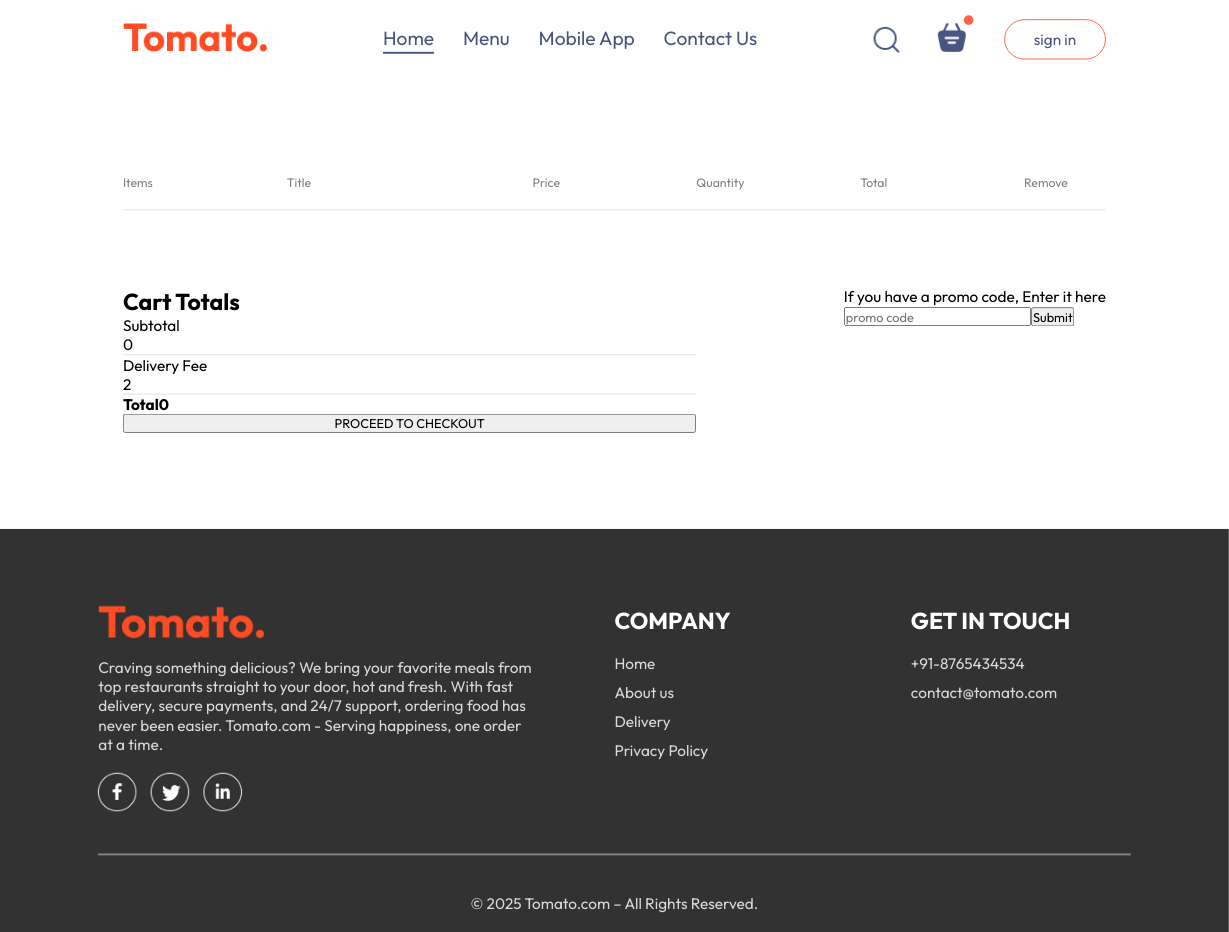
Repository: esakkiraj8104/FOOD_ORDER1
Page: /cart
An editor plug-in stored every save of this project. The page is shown before and after the next save, followed by the edit.
The browser window is 1280 px wide. The pictures show the whole page, at 96% of full size.
The project was rebuilt for these pictures with package versions that can differ from the ones it lists, and the page was loaded fresh each time. Also part of the build but not shown: vite.config.js, src/components/Navbar/Header/Haeder.css, src/components/Navbar/Header/Header.jsx, src/components/Navbar/ExploreMenu/ExploreMenu.css, src/components/Navbar/ExploreMenu/ExploreMenu.jsx, src/components/Navbar/FoodDisplay/FoodDisplay.css, src/components/Navbar/FoodItem/FoodItem.css, src/components/Navbar/FoodItem/FoodItem.jsx and 6 more. Imported but missing from the stored project, and not drawn on this page: src/pages/PlaceOrder/PlaceOrder.

Above is the page before, as saved 2025-05-20 18:55:33.

After the next save:
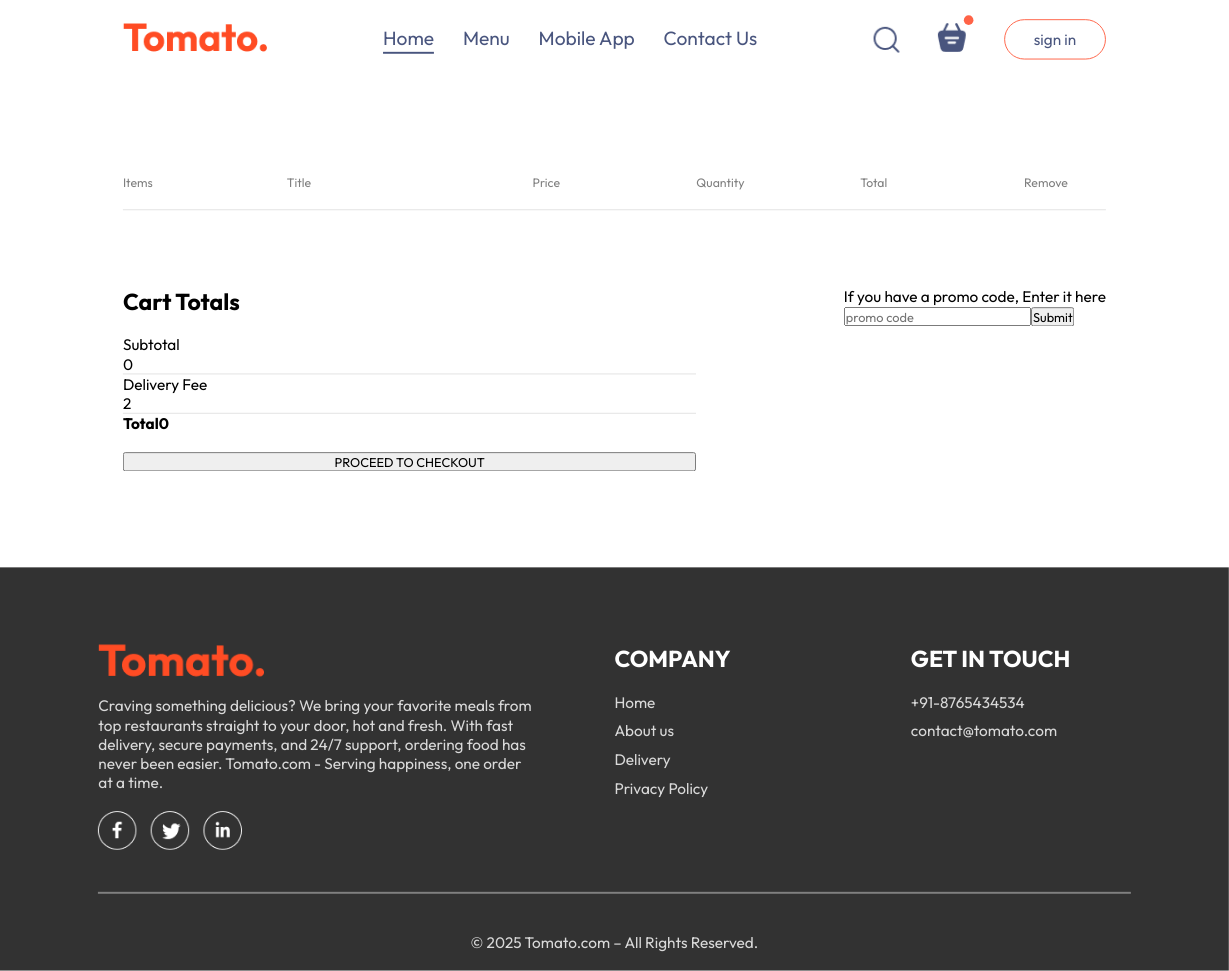
Saved 4 s later.
--- a/src/pages/Cart/Cart.css
+++ b/src/pages/Cart/Cart.css
@@ -34,5 +34,5 @@
     flex: 1;
     display: flex;
     flex-direction: column;
-    gap
+    gap: 20px;
 }

After the 5 saves that followed:
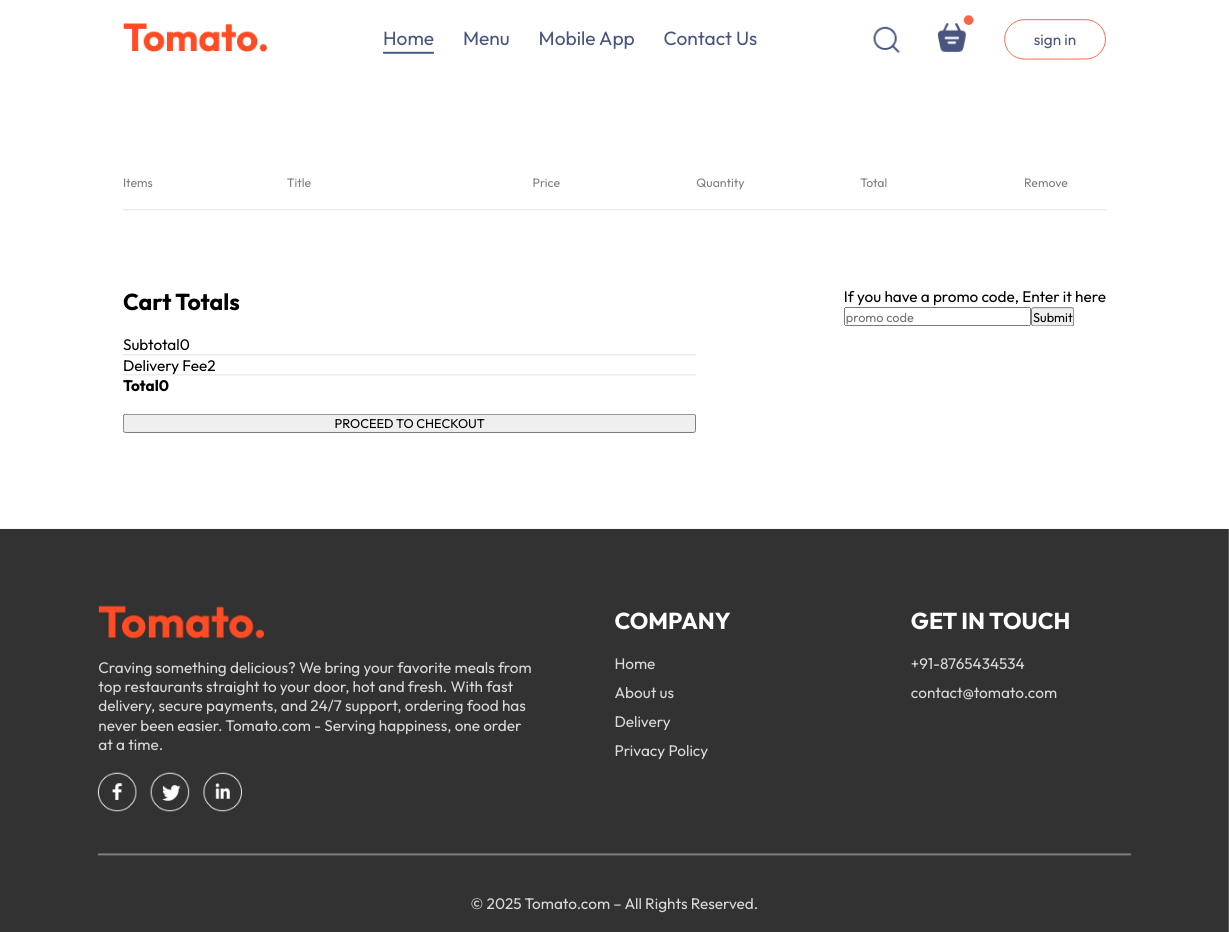
The 5 saves are shown as one change because 1 left the picture as it was and some came seconds apart.
The last was saved 59 s later.
--- a/src/pages/Cart/Cart.css
+++ b/src/pages/Cart/Cart.css
@@ -36,3 +36,7 @@
     flex-direction: column;
     gap: 20px;
 }
+.cart-total-details{
+    display: flex;
+    justify-content: ;
+}
